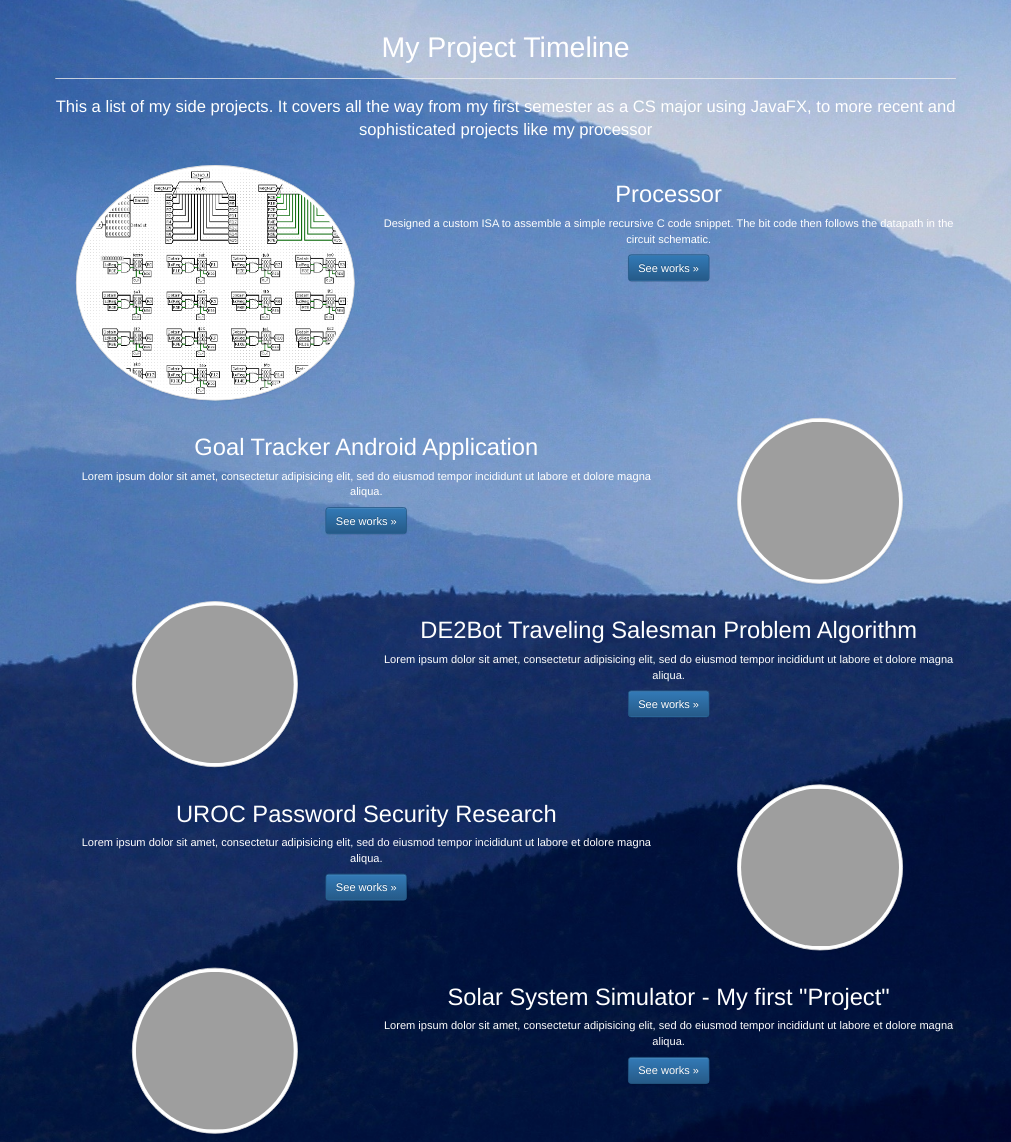
Repository: austinHerring/PersonalWebsite
Page: PersonalWebsite/WebContent/projects.html
An editor plug-in stored every save of this project. The page is shown before and after the next save, followed by the edit.
The browser window is 1280 px wide. The pictures show the whole page, at 79% of full size.
Pictures or frames that could not be fetched are drawn as grey boxes.

Above is the page before, as saved 2016-06-13 00:00:12.

After the next save:
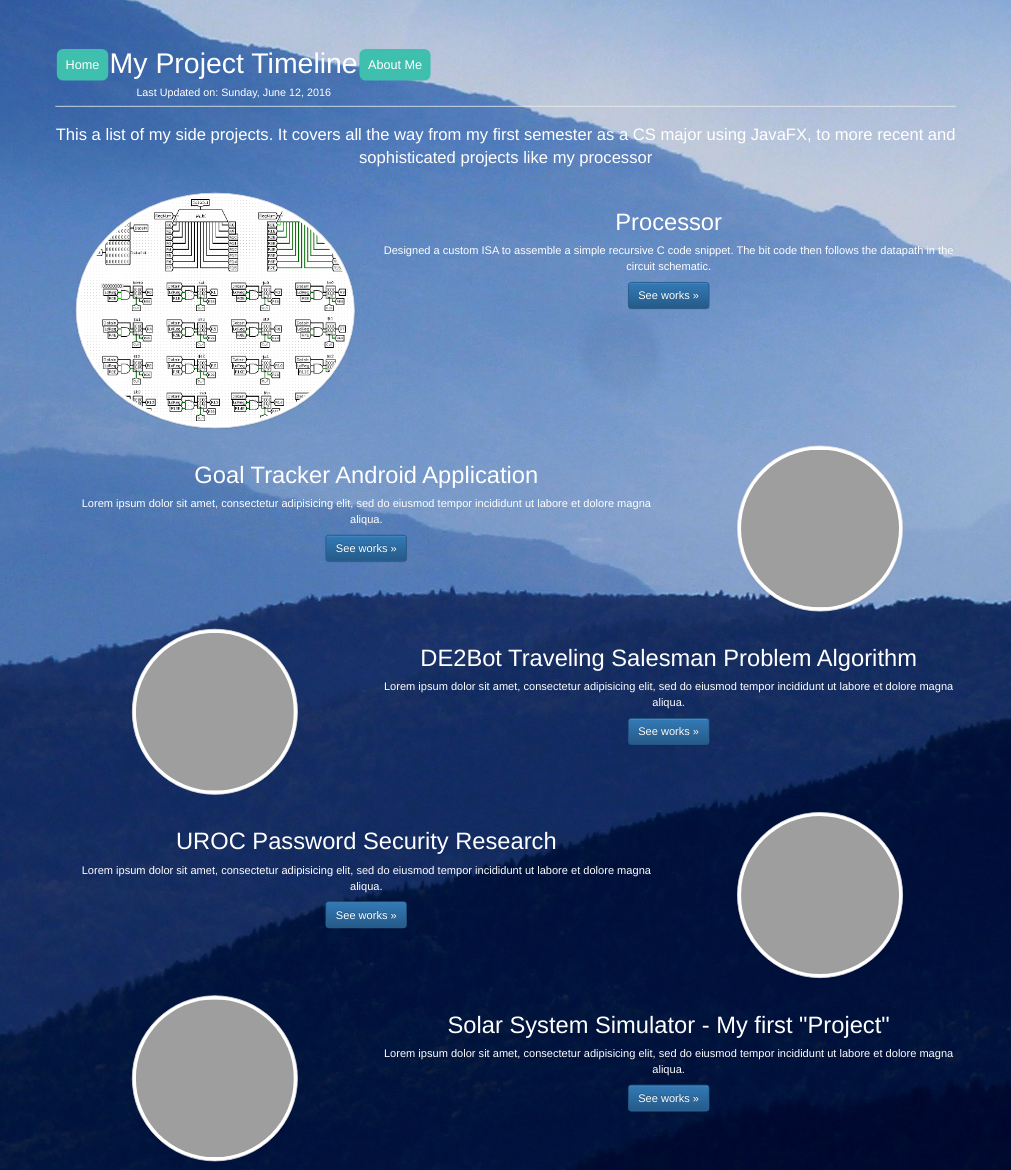
Saved 2 min 8 s later.
--- a/PersonalWebsite/WebContent/projects.html
+++ b/PersonalWebsite/WebContent/projects.html
@@ -10,7 +10,20 @@
 <!-- /container -->
 <div class="container" id="page-wrap">
   <div class="page-header">
+    <table class="table-header">
+    	<tr>
+    		<td>
+	    		<a class="button button1" href="index.html" role="button">Home</a>
+    		</td>
+    		<td style="text-align: center;">
     <h1 class="text-center">My Project Timeline</h1>
+	    		<small> <i class="fa fa-clock-o"></i> Last Updated on: <time>Sunday, June 12, 2016</time></small>
+    		</td>
+    		<td>
+				<a class="button button1" href="about.html" role="button">About Me</a>
+    		</td>
+    	</tr>
+    </table>
   </div>
   <p class="lead text-center">This a list of my side projects. It covers all the way from my first semester as a CS major using JavaFX, to more recent and sophisticated projects like my processor</p>
   <div class="container">
